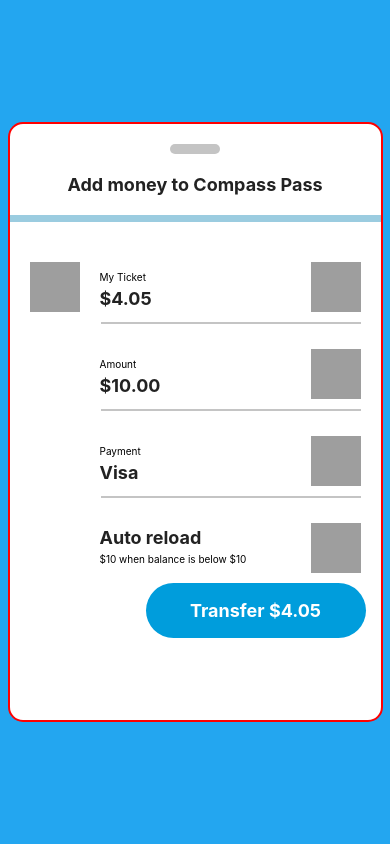
Repository: wilyyy/CompassPlus
Page: /
These files come from the project's save history. The page is drawn as it stood at one moment and after the next save; the edit follows.
The browser window is 390 px wide. The pictures show the whole page.
Pictures or frames that could not be fetched are drawn as grey boxes. The app was drawn by React Native's web renderer in a window 390 px wide. The project was rebuilt for these pictures with package versions that can differ from the ones it lists, and the page was loaded fresh each time. Also part of the build but not shown: constants/styles.js, comps/CompassCardParent/cardManager.js, comps/CompassCardParent/transferFunds.js, comps/LinkCompassCard/index.js, comps/RideCardCont/index.js, storybook/stories/CenterView/style.js, comps/SignUpTransitCard/index.js.

Above is the page before, as saved 2021-10-30 19:55:40.

### App.js
import { StatusBar } from 'expo-status-bar';
import React, { useState } from 'react';
import { Button, StyleSheet, Text, View } from 'react-native';

import MobileCard from './comps/CompassCardParent/CardManager';
import AddFundsTab from './comps/CompassCardParent/CardManager/AddFunds';
import TransferBalanceTab from './comps/CompassCardParent/TransferFunds';
import LinkCompassCard from './comps/LinkCompassCard';
import RideCard from './comps/RideCardCont';
import SignUpTransitCard from './comps/SignUpTransitCard';

// export { default } from './storybook';

export default function App() {




  return (
    <View style={styles.container}>
      {/* <LinkCompassCard />
      <RideCard />
      <SignUpTransitCard /> */}

      {/* <MobileCard /> */}
      {/* <TransferBalanceTab /> */}
      <AddFundsTab />
      <StatusBar style="auto" />
    </View>
  );
}

const styles = StyleSheet.create({
  container: {
    flex: 1,
    backgroundColor: '#23A6F0',
    alignItems: 'center',
    justifyContent: 'center',
  },
});

### comps/CompassCardParent/CardManager/AddFunds/index.js
import React, { useState } from 'react';
import { Button, Image, StyleSheet, Switch, Text, TouchableOpacity, View } from 'react-native';
import styled from 'styled-components/native';

const Container = styled.View`
    width: 375px;
    height: 600px;
    background-color: #fff;
    border-radius: 15px;
    border-color: red;
    border-width: 2px;

`;

const Notch = styled.View`
    width: 50px;
    height: 10px;
    background-color: #C4C4C4;
    margin: 20px 0px 0px;
    align-self: center;
    border-radius: 50px;
`;

const Title = styled.Text`
    font-size: 18px;
    color: #222222;
    align-self: center;
    margin: 20px 0px;
    font-weight: 700;
`;

const Divider = styled.View`
    width:100%;
    height:7px;
    background-color: #9BCCE0;
    margin: 0px 0px 30px 0px;
`;

const SettingCont = styled.View`
    flex-direction: row;
    justify-content: space-between;
    align-items: center;
    width:100%;
    /* border-width: 2px;
    border-color: red; */
    padding: 5px 15px;

`;

const SettingsContLeft = styled.View`
    flex-direction: row;
    justify-content: space-between;
    align-items: center;

    /* border-width: 2px;
    border-color: blue; */
`;

const SmallCardIcon = styled.Image`
    width:50px;
    height:50px;
    margin: 5px;
`;

const TextColumn = styled.View`
    width: 200px;
    margin-left:15px;
    /* border-color: red;
    border-width: 2px; */
`;

const SmallTitle = styled.Text`
    font-size: 10px;
    margin: 5px 0px;
`;

const Amount = styled.Text`
    font-size: 18px;
    color: #222222;
    align-self: flex-start;
    font-weight: 700;
`;

const Arrow = styled.Image`
    width:50px;
    height:50px;
    margin: 5px;
    align-self: flex-end;
    /* border-color: red;
    border-width: 2px; */
`;

const Line = styled.View`
    width:70%;
    height:2px;
    background-color: #c4c4c4;
    margin: 0px 20px 15px 50px;
    align-self: flex-end;
`;

const ButtonText = styled.Text`
    font-size: 18px;
    color: #fff;
    align-self: center;
    font-weight: 700;
`;





export default function AddFundsTab({
    FromCardBalance = "$4.05",
    ToCardBalance = "$0.00",
    cardType = 'Pass',
    loadAmount = '$10.00',
    paymentType = 'Visa'
}) {

    return (
        <Container>
            <Notch />
            <Title>Add money to Compass {cardType}</Title>
            <Divider />

            {/* TO this ticket: */}

            <SettingCont>
                <SettingsContLeft>
                    <SmallCardIcon
                        source={{ uri: 'https://reactnative.dev/img/tiny_logo.png', }}
                    />
                    <TextColumn>
                        <SmallTitle>My Ticket</SmallTitle>
                        <Amount>{FromCardBalance}</Amount>
                    </TextColumn>
                </SettingsContLeft>
                <Arrow
                    source={{ uri: 'https://reactnative.dev/img/tiny_logo.png', }}
                />
            </SettingCont>

            <Line />

            {/* AMOUNT */}

            <SettingCont>
                <SettingsContLeft>
                    <SmallCardIcon
                        source={{ uri: '#', }}
                    />
                    <TextColumn>
                        <SmallTitle>Amount</SmallTitle>
                        <Amount>{loadAmount}</Amount>
                    </TextColumn>
                </SettingsContLeft>
                <Arrow
                    source={{ uri: 'https://reactnative.dev/img/tiny_logo.png', }}
                />

            </SettingCont>
            <Line />

            {/* PAYMENT */}

            <SettingCont>
                <SettingsContLeft>
                    <SmallCardIcon
                        source={{ uri: '#', }}
                    />
                    <TextColumn>
                        <SmallTitle>Payment</SmallTitle>
                        <Amount>{paymentType}</Amount>
                    </TextColumn>
                </SettingsContLeft>
                <Arrow
                    source={{ uri: 'https://reactnative.dev/img/tiny_logo.png', }}
                />

            </SettingCont>
            <Line />

            {/* AUTO RELOAD */}

            {/* PAYMENT */}

            <SettingCont>
                <SettingsContLeft>
                    <SmallCardIcon
                        source={{ uri: '#', }}
                    />
                    <TextColumn>
                        <Amount>Auto reload</Amount>
                        <SmallTitle>$10 when balance is below $10</SmallTitle>
                    </TextColumn>
                </SettingsContLeft>
                <Arrow
                    source={{ uri: 'https://reactnative.dev/img/tiny_logo.png', }}
                />

            </SettingCont>

            <TouchableOpacity
                style={styles.TransferButton}
            >
                <ButtonText>Transfer {FromCardBalance}</ButtonText>
            </TouchableOpacity>

        </Container>
    )

};



const styles = StyleSheet.create({
    TransferButton: {
        backgroundColor: '#009DDc',
        color: 'blue',
        width: 220,
        height: 55,
        borderRadius: 50,
        alignSelf: 'flex-end',
        right: 15,
        justifyContent: 'center'
    }
})

After the next save:
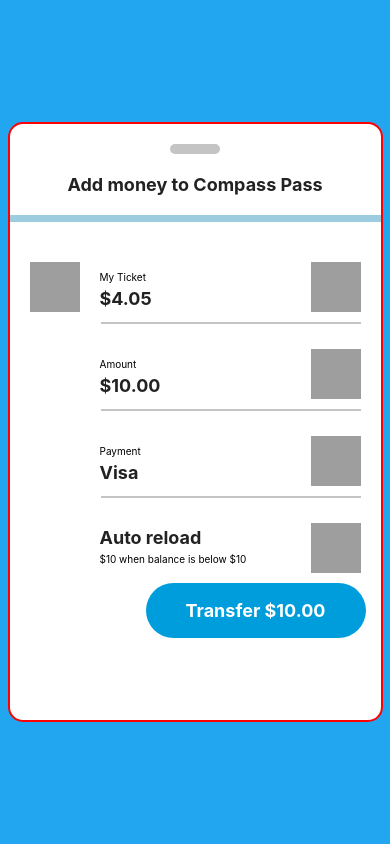
Saved 22 s later.
--- a/comps/CompassCardParent/CardManager/AddFunds/index.js
+++ b/comps/CompassCardParent/CardManager/AddFunds/index.js
@@ -203,7 +203,7 @@
             <TouchableOpacity
                 style={styles.TransferButton}
             >
-                <ButtonText>Transfer {FromCardBalance}</ButtonText>
+                <ButtonText>Transfer {loadAmount}</ButtonText>
             </TouchableOpacity>
 
         </Container>
